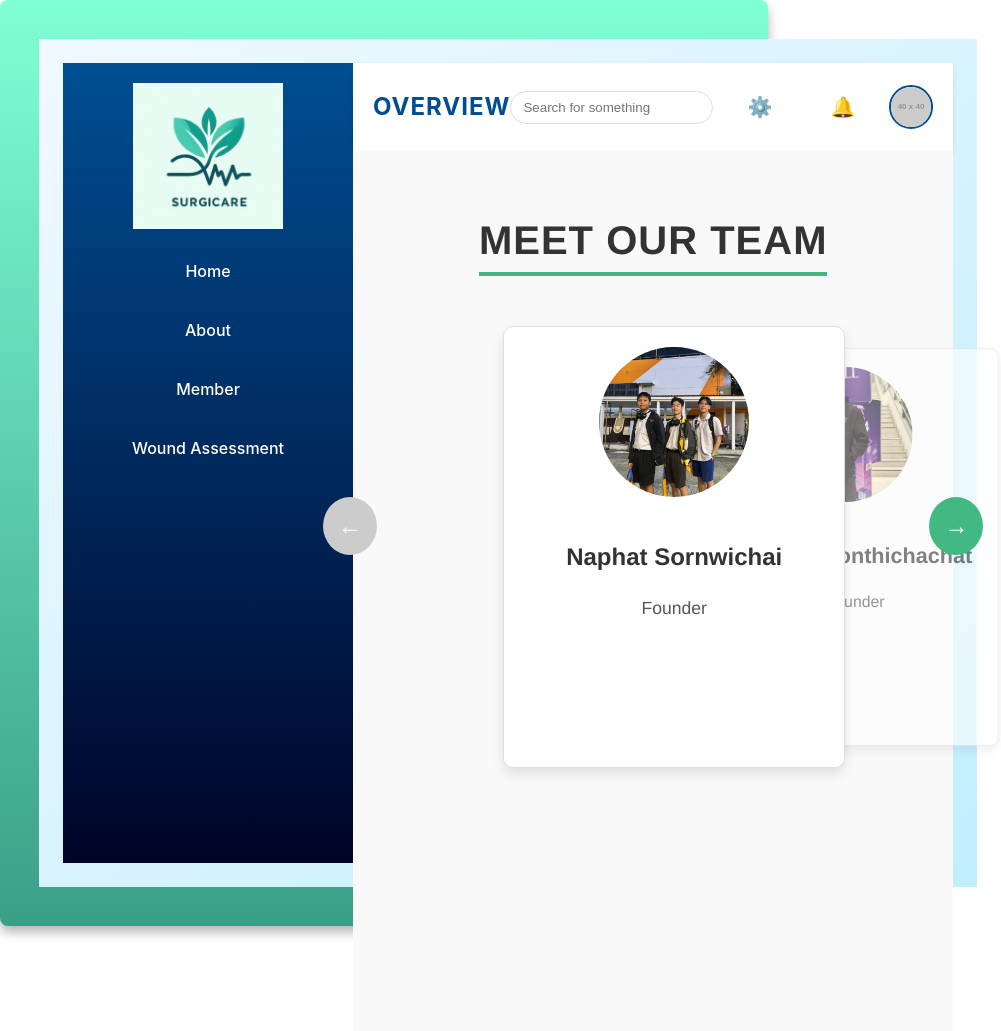
Repository: Jinwoo290350/Surgicare-Vue
Page: /member (app in surgicare/)
The author's editor kept a copy of each file at every save. The page is drawn from the files as they stood at one save, then again after the next save.
The browser window is 768 px wide. The page is 1001 px wide, so the pictures cover 1001 px, including what lies to the right of the window. The pictures show the whole page.
Backgrounds fixed to the window are drawn as part of the page. The project was rebuilt for these pictures with package versions that can differ from the ones it lists, and the page was loaded fresh each time. Also part of the build but not shown: surgicare/vite.config.js, surgicare/src/views/Home.vue, surgicare/src/views/About.vue, surgicare/src/components/WoundAssessment.vue.

Above is the page before, as saved 2024-12-30 14:49:04.
Console error: TypeError: Cannot read properties of null (reading 'getContext')

After the next save:
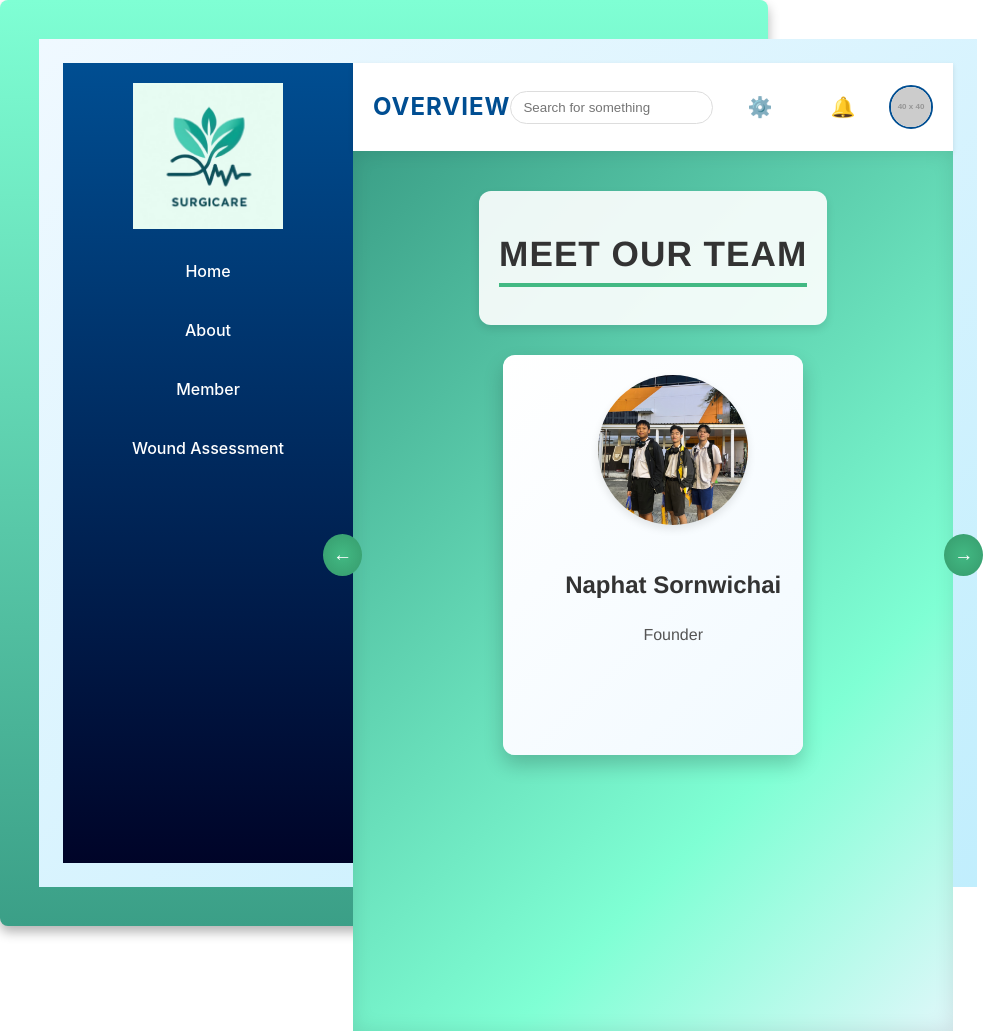
Saved 3 min 40 s later.
--- a/surgicare/src/views/Member.vue
+++ b/surgicare/src/views/Member.vue
@@ -104,20 +104,27 @@
 #team-page {
   padding: 40px 20px;
   font-family: 'Helvetica Neue', sans-serif;
-  background-color: #f9f9f9;
+  background: linear-gradient(135deg, #3b9f87, #7fffd4 70%, #e0f7fa); /* Modern gradient */
+  background-attachment: fixed;
+  background-size: cover;
   min-height: 100vh;
   display: flex;
   flex-direction: column;
   align-items: center;
+  box-shadow: inset 0 0 20px rgba(0, 0, 0, 0.1); /* Subtle shadow inside the BG */
 }
 
 .team-header {
   margin-bottom: 30px;
   text-align: center;
+  background-color: rgba(255, 255, 255, 0.9);
+  padding: 20px;
+  border-radius: 12px;
+  box-shadow: 0 4px 8px rgba(0, 0, 0, 0.1);
 }
 
 .team-header h1 {
-  font-size: 2.5rem;
+  font-size: 2.8rem;
   font-weight: bold;
   color: #333;
   text-transform: uppercase;
@@ -142,16 +149,21 @@
   height: 400px;
   perspective: 1000px;
   z-index: 1;
-}
-
+  background-color: rgba(255, 255, 255, 0.7);
+  border-radius: 12px;
+  overflow: hidden;
+  box-shadow: 0 10px 20px rgba(0, 0, 0, 0.2);
+}
+
+/* Card Styles */
 .member-card {
   position: absolute;
   width: 100%;
   height: 100%;
-  border: 1px solid #e0e0e0;
-  border-radius: 10px;
-  background-color: #fff;
-  box-shadow: 0 6px 12px rgba(0, 0, 0, 0.1);
+  border: none;
+  border-radius: 12px;
+  background-color: white;
+  box-shadow: 0 6px 12px rgba(0, 0, 0, 0.15);
   transition: transform 0.3s ease, opacity 0.3s ease, z-index 0.3s ease;
   text-align: center;
   padding: 20px;
@@ -162,6 +174,7 @@
   z-index: 3;
   transform: translateX(0) scale(1);
   opacity: 1;
+  background: linear-gradient(135deg, #fff, #f0f9ff);
 }
 
 .member-card.next {
@@ -195,16 +208,17 @@
   object-fit: cover;
   border-radius: 50%;
   margin: 0 auto 15px;
+  box-shadow: 0 4px 8px rgba(0, 0, 0, 0.1);
 }
 
 .member-info h2 {
-  font-size: 1.5rem;
+  font-size: 1.8rem;
   font-weight: bold;
   color: #333;
 }
 
 .member-info p {
-  font-size: 1.1rem;
+  font-size: 1.2rem;
   color: #555;
 }
 
@@ -212,12 +226,12 @@
 .nav-button {
   font-size: 1.5rem;
   color: #fff;
-  background-color: #42b983;
+  background: radial-gradient(circle at center, #42b983, #369a6c);
   border: none;
   border-radius: 50%;
   padding: 15px;
   cursor: pointer;
-  transition: background-color 0.3s ease;
+  transition: all 0.3s ease;
   z-index: 10;
   position: absolute;
   top: 50%;
@@ -233,11 +247,32 @@
 }
 
 .nav-button:hover {
-  background-color: #369a6c;
+  background: radial-gradient(circle at center, #369a6c, #42b983);
+  box-shadow: 0 0 10px rgba(0, 0, 0, 0.2);
 }
 
 .nav-button:disabled {
   background-color: #ccc;
   cursor: not-allowed;
 }
+
+/* Responsive Adjustments */
+@media (max-width: 768px) {
+  .team-header h1 {
+    font-size: 2.2rem;
+  }
+
+  .nav-button {
+    font-size: 1.2rem;
+    padding: 10px;
+  }
+
+  .member-info h2 {
+    font-size: 1.5rem;
+  }
+
+  .member-info p {
+    font-size: 1rem;
+  }
+}
 </style>

After the save that followed:
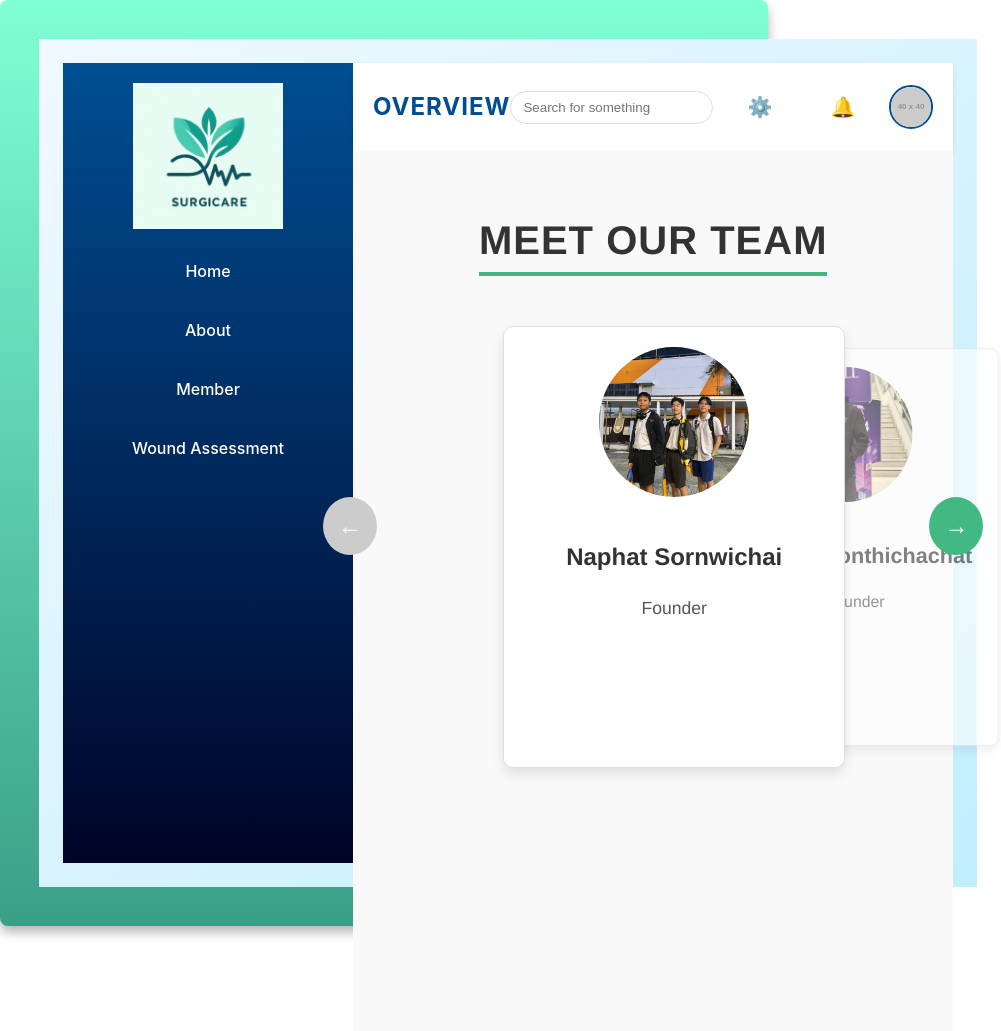
Saved 11 s later.
--- a/surgicare/src/views/Member.vue
+++ b/surgicare/src/views/Member.vue
@@ -104,27 +104,20 @@
 #team-page {
   padding: 40px 20px;
   font-family: 'Helvetica Neue', sans-serif;
-  background: linear-gradient(135deg, #3b9f87, #7fffd4 70%, #e0f7fa); /* Modern gradient */
-  background-attachment: fixed;
-  background-size: cover;
+  background-color: #f9f9f9;
   min-height: 100vh;
   display: flex;
   flex-direction: column;
   align-items: center;
-  box-shadow: inset 0 0 20px rgba(0, 0, 0, 0.1); /* Subtle shadow inside the BG */
 }
 
 .team-header {
   margin-bottom: 30px;
   text-align: center;
-  background-color: rgba(255, 255, 255, 0.9);
-  padding: 20px;
-  border-radius: 12px;
-  box-shadow: 0 4px 8px rgba(0, 0, 0, 0.1);
 }
 
 .team-header h1 {
-  font-size: 2.8rem;
+  font-size: 2.5rem;
   font-weight: bold;
   color: #333;
   text-transform: uppercase;
@@ -149,21 +142,16 @@
   height: 400px;
   perspective: 1000px;
   z-index: 1;
-  background-color: rgba(255, 255, 255, 0.7);
-  border-radius: 12px;
-  overflow: hidden;
-  box-shadow: 0 10px 20px rgba(0, 0, 0, 0.2);
-}
-
-/* Card Styles */
+}
+
 .member-card {
   position: absolute;
   width: 100%;
   height: 100%;
-  border: none;
-  border-radius: 12px;
-  background-color: white;
-  box-shadow: 0 6px 12px rgba(0, 0, 0, 0.15);
+  border: 1px solid #e0e0e0;
+  border-radius: 10px;
+  background-color: #fff;
+  box-shadow: 0 6px 12px rgba(0, 0, 0, 0.1);
   transition: transform 0.3s ease, opacity 0.3s ease, z-index 0.3s ease;
   text-align: center;
   padding: 20px;
@@ -174,7 +162,6 @@
   z-index: 3;
   transform: translateX(0) scale(1);
   opacity: 1;
-  background: linear-gradient(135deg, #fff, #f0f9ff);
 }
 
 .member-card.next {
@@ -208,17 +195,16 @@
   object-fit: cover;
   border-radius: 50%;
   margin: 0 auto 15px;
-  box-shadow: 0 4px 8px rgba(0, 0, 0, 0.1);
 }
 
 .member-info h2 {
-  font-size: 1.8rem;
+  font-size: 1.5rem;
   font-weight: bold;
   color: #333;
 }
 
 .member-info p {
-  font-size: 1.2rem;
+  font-size: 1.1rem;
   color: #555;
 }
 
@@ -226,12 +212,12 @@
 .nav-button {
   font-size: 1.5rem;
   color: #fff;
-  background: radial-gradient(circle at center, #42b983, #369a6c);
+  background-color: #42b983;
   border: none;
   border-radius: 50%;
   padding: 15px;
   cursor: pointer;
-  transition: all 0.3s ease;
+  transition: background-color 0.3s ease;
   z-index: 10;
   position: absolute;
   top: 50%;
@@ -247,32 +233,11 @@
 }
 
 .nav-button:hover {
-  background: radial-gradient(circle at center, #369a6c, #42b983);
-  box-shadow: 0 0 10px rgba(0, 0, 0, 0.2);
+  background-color: #369a6c;
 }
 
 .nav-button:disabled {
   background-color: #ccc;
   cursor: not-allowed;
 }
-
-/* Responsive Adjustments */
-@media (max-width: 768px) {
-  .team-header h1 {
-    font-size: 2.2rem;
-  }
-
-  .nav-button {
-    font-size: 1.2rem;
-    padding: 10px;
-  }
-
-  .member-info h2 {
-    font-size: 1.5rem;
-  }
-
-  .member-info p {
-    font-size: 1rem;
-  }
-}
 </style>
